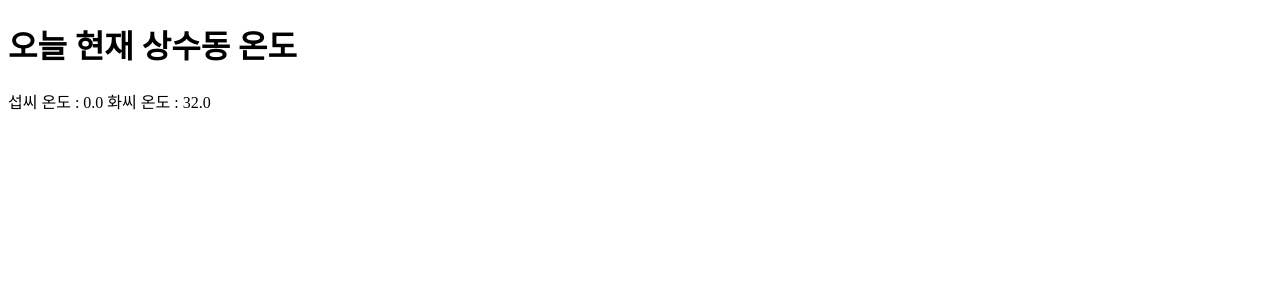
Repository: eyonghwan/jsp_practice
Page: http://localhost/JSPBasic/JspTag/TagQ04.jsp
The author's editor kept a copy of each file at every save. The page is drawn from the files as they stood at one save, then again after the next save.
The browser window is 1280 px wide. The pictures show the whole page.
The page is served by Tomcat 9.

Above is the page before, as saved 2022-02-03 02:23:52.

### JSPBasic/src/main/webapp/JspTag/TagQ04.jsp
<%@ page language="java" contentType="text/html; charset=UTF-8"
    pageEncoding="UTF-8"%>
<!DOCTYPE html>
<html>
<head>
<meta charset="UTF-8">
<title>Insert title here</title>
</head>
<body>
<%-- JSP주석은 이렇게 작성합니다.
JSP주석은 소스보기에 나타나지 않습니다. --%>
<!-- html주석은 소스보기에 나타납니다. -->

<%-- 선언부를 이용해서 함수 및 변수를 만들어보세요.
변수는 celcius 라는 이름의 double형 변수로 만들어주세요.
함수는 CToF하는 이름의 double형 자료를 하나 입력받고
double형 자료를 리턴해주게 만들어주세요.
celcius라는 함수는 오늘의 섭씨 온도로 초기화 시켜주세요.
스크립트릿을 이용해서 celcius를 파라미터로 넘겨서 CToF 함수를 호출해주세요.
함수를 호출한 결과를 out.println()으로 화면에 표출시켜주시면 됩니다.
화씨 -> 섭씨 공식
(화씨 온도 - 32) / 1.8 = 섭씨 온도
 --%>
 <%!
	public double celcius;
	double CToF(double celcius) {
		return (celcius * 1.8) + 32;
 	}
 	%>
 	<h1>오늘 현재 상수동 온도</h1>
	 <p>
 <%
 	out.println("섭씨 온도 : " + celcius);
 	out.println("화씨 온도 : " + CToF(celcius));
 %>
 </p>

</body>
</html>

After the next save:
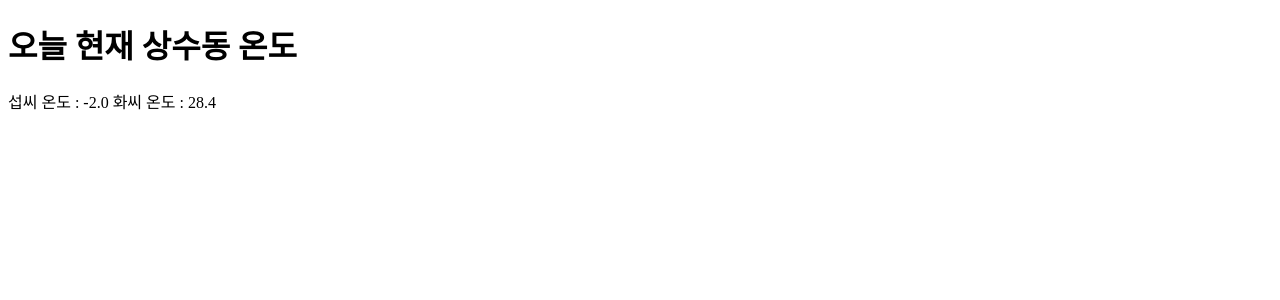
Saved 35 s later.
--- a/JSPBasic/src/main/webapp/JspTag/TagQ04.jsp
+++ b/JSPBasic/src/main/webapp/JspTag/TagQ04.jsp
@@ -28,8 +28,9 @@
  	}
  	%>
  	<h1>오늘 현재 상수동 온도</h1>
-	 <p>
+	<p>
  <%
+ 	celcius = -2;
  	out.println("섭씨 온도 : " + celcius);
  	out.println("화씨 온도 : " + CToF(celcius));
  %>
